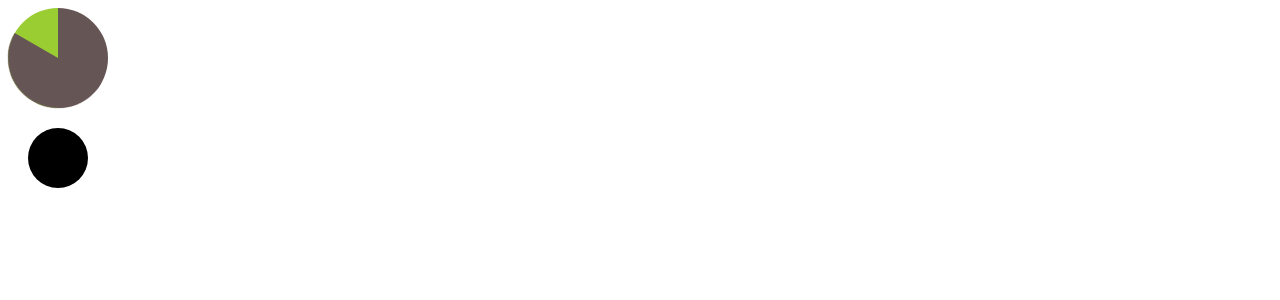
Repository: sylviaah/dynamicmidterm
Page: timer.html
An editor plug-in stored every save of this project. The page is shown before and after the next save, followed by the edit.
The browser window is 1280 px wide. The pictures show the whole page.

Above is the page before, as saved 2020-03-12 22:04:03.

### timer.html
<!DOCTYPE html>
<html>
    <head>
        <title>Timer</title>
        <link rel="stylesheet" href="timer.css">
    </head>
    <body>
        <div class="pie"></div>

        <svg width="100" height="100">
            <circle r="30" cx="50" cy="50" />
        </svg>

        <script src="timer.js"></script>
    </body>
</html>

### timer.css
.pie {
    width: 100px;
    height: 100px;
    border-radius: 50%;
    background: yellowgreen;
    background-image:
    linear-gradient(to right, transparent 50%, #655 0);
  }

.pie::before {
    content: '';
    display: block;
    margin-left: 50%;
    height: 100%;
    border-radius: 0 99% 99% 0 / 50%;
    background-color: inherit;
    transform-origin: left;
    transform: rotate(0deg);
    animation: spin 3s linear infinite,
             bg 6s step-end infinite;
}

@keyframes spin {
    to { transform: rotate(.5turn); }
  }

@keyframes bg {
    50% { background: #655; }
}

Loaded but not shown: timer.js (no stored copy; drawn as an empty file)

After the next save:
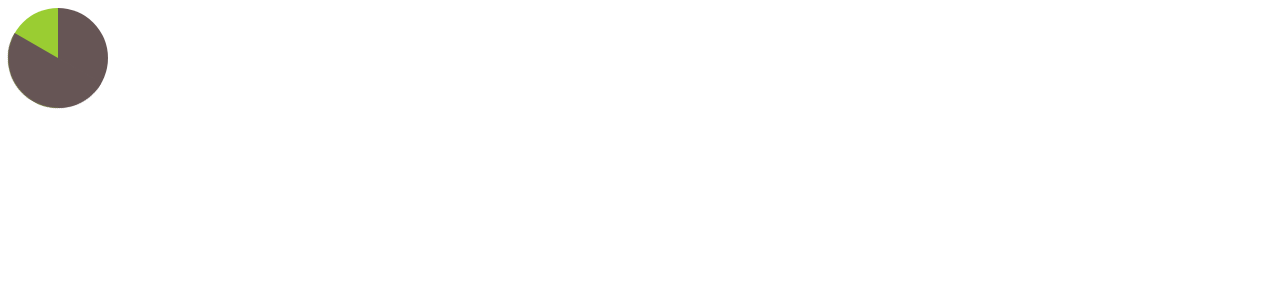
Saved 5 s later.
--- a/timer.html
+++ b/timer.html
@@ -7,10 +7,6 @@
     <body>
         <div class="pie"></div>
 
-        <svg width="100" height="100">
-            <circle r="30" cx="50" cy="50" />
-        </svg>
-
         <script src="timer.js"></script>
     </body>
 </html>
